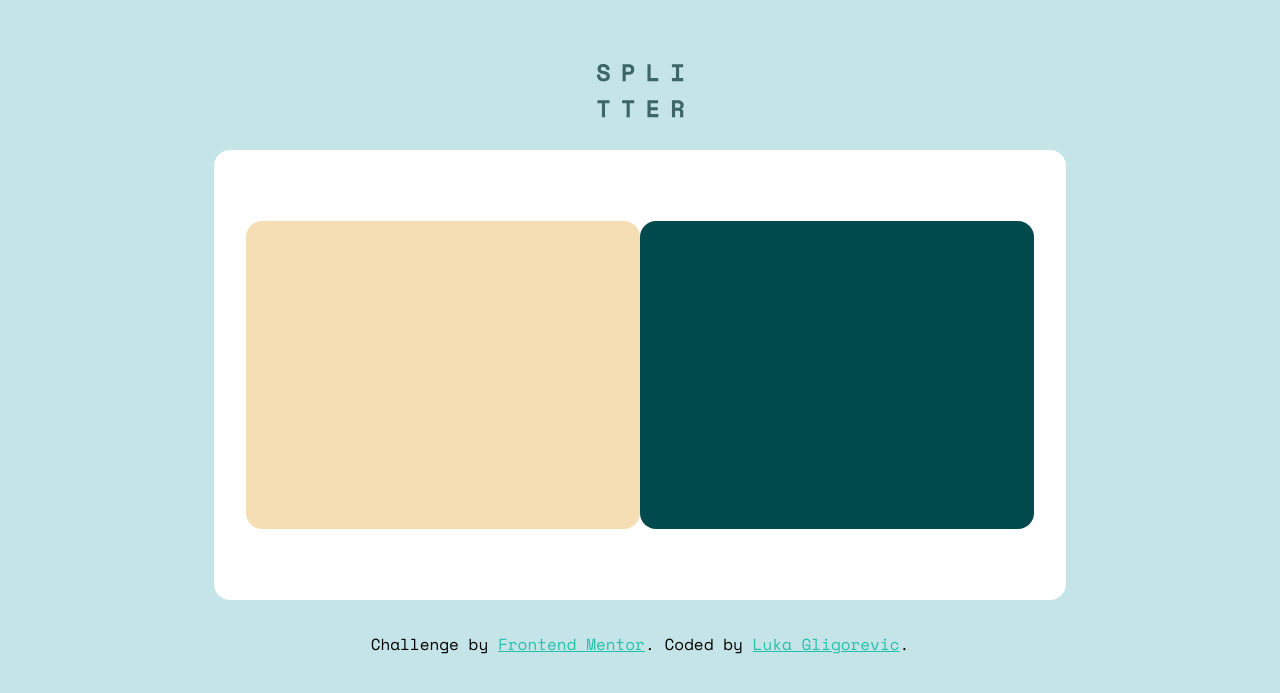
Repository: gligor99/tip-fmentor
Page: /
These files come from the project's save history. The page is drawn as it stood at one moment and after the next save; the edit follows.
The browser window is 1280 px wide. The pictures show the whole page.
The project was rebuilt for these pictures with package versions that can differ from the ones it lists, and the page was loaded fresh each time.

Above is the page before, as saved 2021-11-26 21:13:41.

### src/index.css
@import url("https://fonts.googleapis.com/css2?family=Space+Mono:wght@400;700&display=swap");

:root {
  --clr-primary: hsl(172, 67%, 45%);
  --clr-dark-cyan: hsl(183, 100%, 15%);
  --clr-dark-grayish-cyan: hsl(186, 14%, 43%);
  --clr-dark-grayish-cyan2: hsl(184, 14%, 56%);
  --clr-light-grayish-cyan: hsl(185, 41%, 84%);
  --clr-light-grayish-cyan2: hsl(189, 41%, 97%);
  --clr-white: hsl(0, 0%, 100%);
}

*,
::after,
::before {
  margin: 0;
  padding: 0;
  box-sizing: border-box;
}
body {
  font-family: "Space Mono", sans-serif;
  background: var(--clr-light-grayish-cyan);
  color: var(--clr-grey-1);
  line-height: 1.5;
  font-size: 1rem;
}

.App {
  display: flex;
  flex-direction: column;
  justify-content: center;
  padding: 2rem;
  max-height: 100vh;
}

.logo {
  display: flex;
  justify-content: center;
  padding: 2rem;
}

.attribution {
  font-size: 1rem;
  text-align: center;
  padding: 2rem;
}
.attribution a {
  color: var(--clr-primary);
}

.container {
  display: flex;
  justify-content: center;
  align-items: center;
  background-color: var(--clr-white);
  height: 30rem;
  width: 70%;
  margin: auto;
  padding: 2em;
  border-radius: 1rem;
}
.left-side, .right-side {
  display: inline-block;
  height: 80%;
  width: 80%;
  padding: 2rem;
  border-radius: 1rem;
}
.left-side{
  background-color: wheat;
}
.right-side{
  background-color: var(--clr-dark-cyan);
}

@media screen and (max-width: 700px) {
  .App {
    display: flex;
    flex-direction: column;
    justify-content: center;
    padding: 1rem;
  }
  .container {
    background-color: var(--clr-white);
    height: 30rem;
    width: 100%;
    margin: auto;
  }
}

### src/App.tsx
import Footer from "./components/Footer";
import logo from "./assets/logo.svg";
import Tipper from "./components/Tipper";

function App() {
  return (
    <div className="App">
      <div className="logo">
        <img src={logo} alt="logo" />
      </div>
      <Tipper />
      <Footer name="Luka Gligorevic" />
    </div>
  );
}

export default App;

### src/components/Footer.tsx
type Props = {
  name: String;
};

const Footer: React.FC<Props> = ({ name }) => {
  return (
    <div className="attribution">
      Challenge by{" "}
      <a
        href="https://www.frontendmentor.io?ref=challenge"
        target="_blank"
        rel="noreferrer"
      >
        Frontend Mentor
      </a>
      . Coded by <a href="https://github.com/gligor99">{name}</a>.
    </div>
  );
};

export default Footer;

### src/components/Tipper.tsx
const Tipper = () => {
  return (
    <section className="container">
      <div className="left-side"></div>
      <div className="right-side"></div>
    </section>
  );
};

export default Tipper;

Loaded but not shown: public/index.html (common file); src/index.tsx (common file)

After the next save:
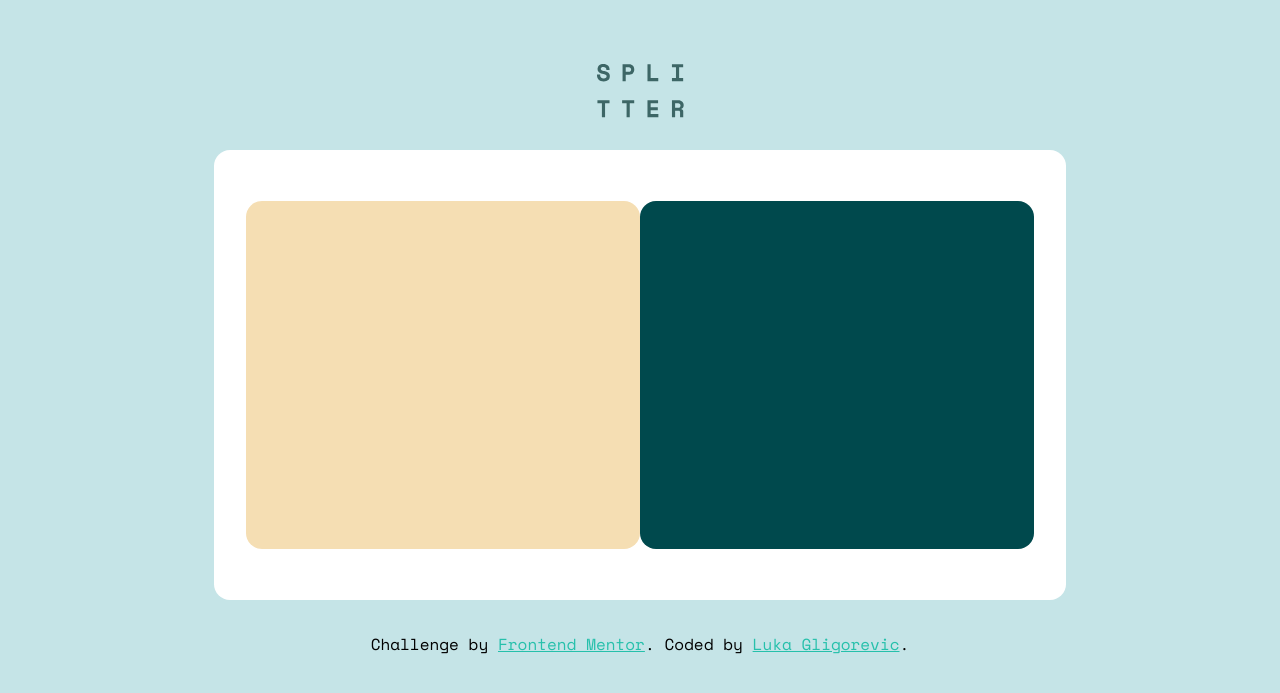
Saved 26 s later.
--- a/src/index.css
+++ b/src/index.css
@@ -61,7 +61,7 @@ body {
 }
 .left-side, .right-side {
   display: inline-block;
-  height: 80%;
+  height: 90%;
   width: 80%;
   padding: 2rem;
   border-radius: 1rem;
